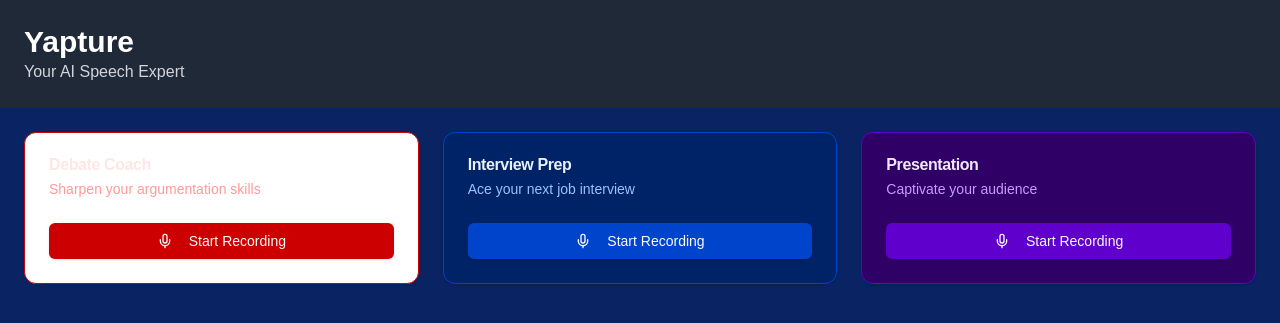
Repository: pghiasia/elevenlabs-hackathon
Page: /
An editor plug-in stored every save of this project. The page is shown before and after the next save, followed by the edit.
The browser window is 1280 px wide. The pictures show the whole page.
The project was rebuilt for these pictures with package versions that can differ from the ones it lists, and the page was loaded fresh each time. The framework's server and built-in components were replaced by stand-ins that run in the browser. Also part of the build but not shown: next.config.ts.

Above is the page before, as saved 2024-11-09 16:58:04.

### src/app/page.tsx
import { Button } from "@/components/ui/button"
import { Card, CardContent, CardDescription, CardHeader, CardTitle } from "@/components/ui/card"
import Link from "next/link"
import { Mic } from "lucide-react"

const categories = [
  {
    name: "Debate Coach",
    color: "red",
    description: "Sharpen your argumentation skills",
    bgColor: "#d8315b",
    borderColor: "border-red-700",
    textColor: "text-red-100",
    descColor: "text-red-300",
    buttonBg: "bg-red-700 hover:bg-red-600"
  },
  {
    name: "Interview Prep",
    color: "blue",
    description: "Ace your next job interview",
    bgColor: "bg-blue-900",
    borderColor: "border-blue-700",
    textColor: "text-blue-100",
    descColor: "text-blue-300",
    buttonBg: "bg-blue-700 hover:bg-blue-600"
  },
  {
    name: "Presentation",
    color: "purple",
    description: "Captivate your audience",
    bgColor: "bg-purple-900",
    borderColor: "border-purple-700",
    textColor: "text-purple-100",
    descColor: "text-purple-300",
    buttonBg: "bg-purple-700 hover:bg-purple-600"
  },
]

export default function Home() {
  return (
    <div className="min-h-screen bg-[#0a2463] text-white">
      <header className="p-6 bg-gray-800">
        <h1 className="text-3xl font-bold">Yapture</h1>
        <p className="text-gray-300">Your AI Speech Expert</p>
      </header>
      <main className="container mx-auto p-6">
        <div className="grid grid-cols-1 md:grid-cols-3 gap-6">
          {categories.map((category) => (
            <Card key={category.name} className={`${category.bgColor} ${category.borderColor}`}>
              <CardHeader>
                <CardTitle className={category.textColor}>{category.name}</CardTitle>
                <CardDescription className={category.descColor}>
                  {category.description}
                </CardDescription>
              </CardHeader>
              <CardContent>
                <Link href={`/${category.name.toLowerCase().replace(" ", "-")}`}>
                  <Button className={`w-full ${category.buttonBg}`}>
                    <Mic className="mr-2 h-4 w-4" />
                    Start Recording
                  </Button>
                </Link>
              </CardContent>
            </Card>
          ))}
        </div>
      </main>
    </div>
  )
}

### src/components/ui/button.tsx
import * as React from "react"
import { Slot } from "@radix-ui/react-slot"
import { cva, type VariantProps } from "class-variance-authority"

import { cn } from "@/lib/utils"

const buttonVariants = cva(
  "inline-flex items-center justify-center gap-2 whitespace-nowrap rounded-md text-sm font-medium transition-colors focus-visible:outline-none focus-visible:ring-1 focus-visible:ring-neutral-950 disabled:pointer-events-none disabled:opacity-50 [&_svg]:pointer-events-none [&_svg]:size-4 [&_svg]:shrink-0 dark:focus-visible:ring-neutral-300",
  {
    variants: {
      variant: {
        default:
          "bg-neutral-900 text-neutral-50 shadow hover:bg-neutral-900/90 dark:bg-neutral-50 dark:text-neutral-900 dark:hover:bg-neutral-50/90",
        destructive:
          "bg-red-500 text-neutral-50 shadow-sm hover:bg-red-500/90 dark:bg-red-900 dark:text-neutral-50 dark:hover:bg-red-900/90",
        outline:
          "border border-neutral-200 bg-white shadow-sm hover:bg-neutral-100 hover:text-neutral-900 dark:border-neutral-800 dark:bg-neutral-950 dark:hover:bg-neutral-800 dark:hover:text-neutral-50",
        secondary:
          "bg-neutral-100 text-neutral-900 shadow-sm hover:bg-neutral-100/80 dark:bg-neutral-800 dark:text-neutral-50 dark:hover:bg-neutral-800/80",
        ghost: "hover:bg-neutral-100 hover:text-neutral-900 dark:hover:bg-neutral-800 dark:hover:text-neutral-50",
        link: "text-neutral-900 underline-offset-4 hover:underline dark:text-neutral-50",
      },
      size: {
        default: "h-9 px-4 py-2",
        sm: "h-8 rounded-md px-3 text-xs",
        lg: "h-10 rounded-md px-8",
        icon: "h-9 w-9",
      },
    },
    defaultVariants: {
      variant: "default",
      size: "default",
    },
  }
)

export interface ButtonProps
  extends React.ButtonHTMLAttributes<HTMLButtonElement>,
    VariantProps<typeof buttonVariants> {
  asChild?: boolean
}

const Button = React.forwardRef<HTMLButtonElement, ButtonProps>(
  ({ className, variant, size, asChild = false, ...props }, ref) => {
    const Comp = asChild ? Slot : "button"
    return (
      <Comp
        className={cn(buttonVariants({ variant, size, className }))}
        ref={ref}
        {...props}
      />
    )
  }
)
Button.displayName = "Button"

export { Button, buttonVariants }

### src/components/ui/card.tsx
import * as React from "react"

import { cn } from "@/lib/utils"

const Card = React.forwardRef<
  HTMLDivElement,
  React.HTMLAttributes<HTMLDivElement>
>(({ className, ...props }, ref) => (
  <div
    ref={ref}
    className={cn(
      "rounded-xl border border-neutral-200 bg-white text-neutral-950 shadow dark:border-neutral-800 dark:bg-neutral-950 dark:text-neutral-50",
      className
    )}
    {...props}
  />
))
Card.displayName = "Card"

const CardHeader = React.forwardRef<
  HTMLDivElement,
  React.HTMLAttributes<HTMLDivElement>
>(({ className, ...props }, ref) => (
  <div
    ref={ref}
    className={cn("flex flex-col space-y-1.5 p-6", className)}
    {...props}
  />
))
CardHeader.displayName = "CardHeader"

const CardTitle = React.forwardRef<
  HTMLDivElement,
  React.HTMLAttributes<HTMLDivElement>
>(({ className, ...props }, ref) => (
  <div
    ref={ref}
    className={cn("font-semibold leading-none tracking-tight", className)}
    {...props}
  />
))
CardTitle.displayName = "CardTitle"

const CardDescription = React.forwardRef<
  HTMLDivElement,
  React.HTMLAttributes<HTMLDivElement>
>(({ className, ...props }, ref) => (
  <div
    ref={ref}
    className={cn("text-sm text-neutral-500 dark:text-neutral-400", className)}
    {...props}
  />
))
CardDescription.displayName = "CardDescription"

const CardContent = React.forwardRef<
  HTMLDivElement,
  React.HTMLAttributes<HTMLDivElement>
>(({ className, ...props }, ref) => (
  <div ref={ref} className={cn("p-6 pt-0", className)} {...props} />
))
CardContent.displayName = "CardContent"

const CardFooter = React.forwardRef<
  HTMLDivElement,
  React.HTMLAttributes<HTMLDivElement>
>(({ className, ...props }, ref) => (
  <div
    ref={ref}
    className={cn("flex items-center p-6 pt-0", className)}
    {...props}
  />
))
CardFooter.displayName = "CardFooter"

export { Card, CardHeader, CardFooter, CardTitle, CardDescription, CardContent }

### tailwind.config.ts
/** @type {import('tailwindcss').Config} */
module.exports = {
	darkMode: ["class"],
	content: [
	  './pages/**/*.{ts,tsx}',
	  './components/**/*.{ts,tsx}',
	  './app/**/*.{ts,tsx}',
	  './src/**/*.{ts,tsx}',
	  ],
	theme: {
	  container: {
		center: true,
		padding: "2rem",
		screens: {
		  "2xl": "1400px",
		},
	  },
	  extend: {
		colors: {
		  red: {
			100: "#FFE6E6",
			300: "#FF9999",
			500: "#FF3333",
			600: "#FF0000",
			700: "#CC0000",
			800: "#990000",
			900: "#660000",
		  },
		  blue: {
			100: "#E6F0FF",
			300: "#99C2FF",
			500: "#3377FF",
			600: "#0055FF",
			700: "#0044CC",
			800: "#003399",
			900: "#002266",
		  },
		  purple: {
			100: "#F3E6FF",
			300: "#CC99FF",
			500: "#9933FF",
			600: "#7700FF",
			700: "#5F00CC",
			800: "#470099",
			900: "#2F0066",
		  },
		},
		keyframes: {
		  "accordion-down": {
			from: { height: 0 },
			to: { height: "var(--radix-accordion-content-height)" },
		  },
		  "accordion-up": {
			from: { height: "var(--radix-accordion-content-height)" },
			to: { height: 0 },
		  },
		},
		animation: {
		  "accordion-down": "accordion-down 0.2s ease-out",
		  "accordion-up": "accordion-up 0.2s ease-out",
		},
	  },
	},
	plugins: [require("tailwindcss-animate")],
  }

Loaded but not shown: src/app/layout.tsx (common file); src/app/globals.css (common file); src/lib/utils.ts (common file)

After the next save:
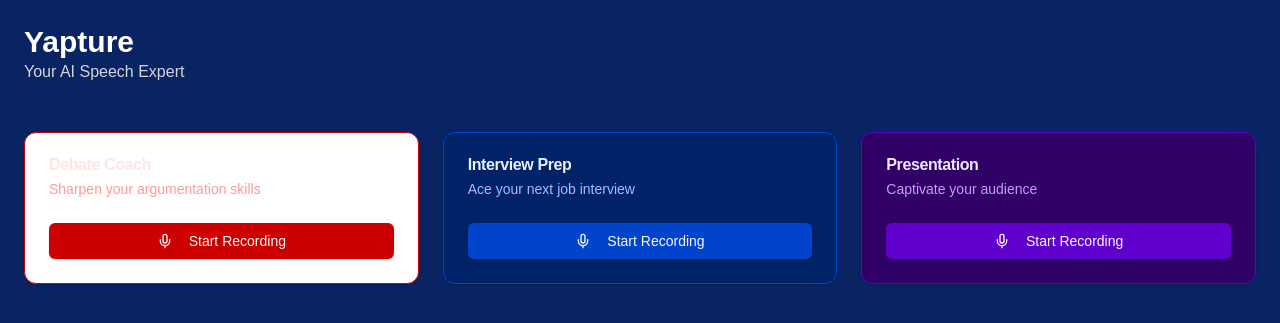
Saved 9 s later.
--- a/src/app/page.tsx
+++ b/src/app/page.tsx
@@ -39,7 +39,7 @@ const categories = [
 export default function Home() {
   return (
     <div className="min-h-screen bg-[#0a2463] text-white">
-      <header className="p-6 bg-gray-800">
+      <header className="p-6 bg-[#0a2463]">
         <h1 className="text-3xl font-bold">Yapture</h1>
         <p className="text-gray-300">Your AI Speech Expert</p>
       </header>
